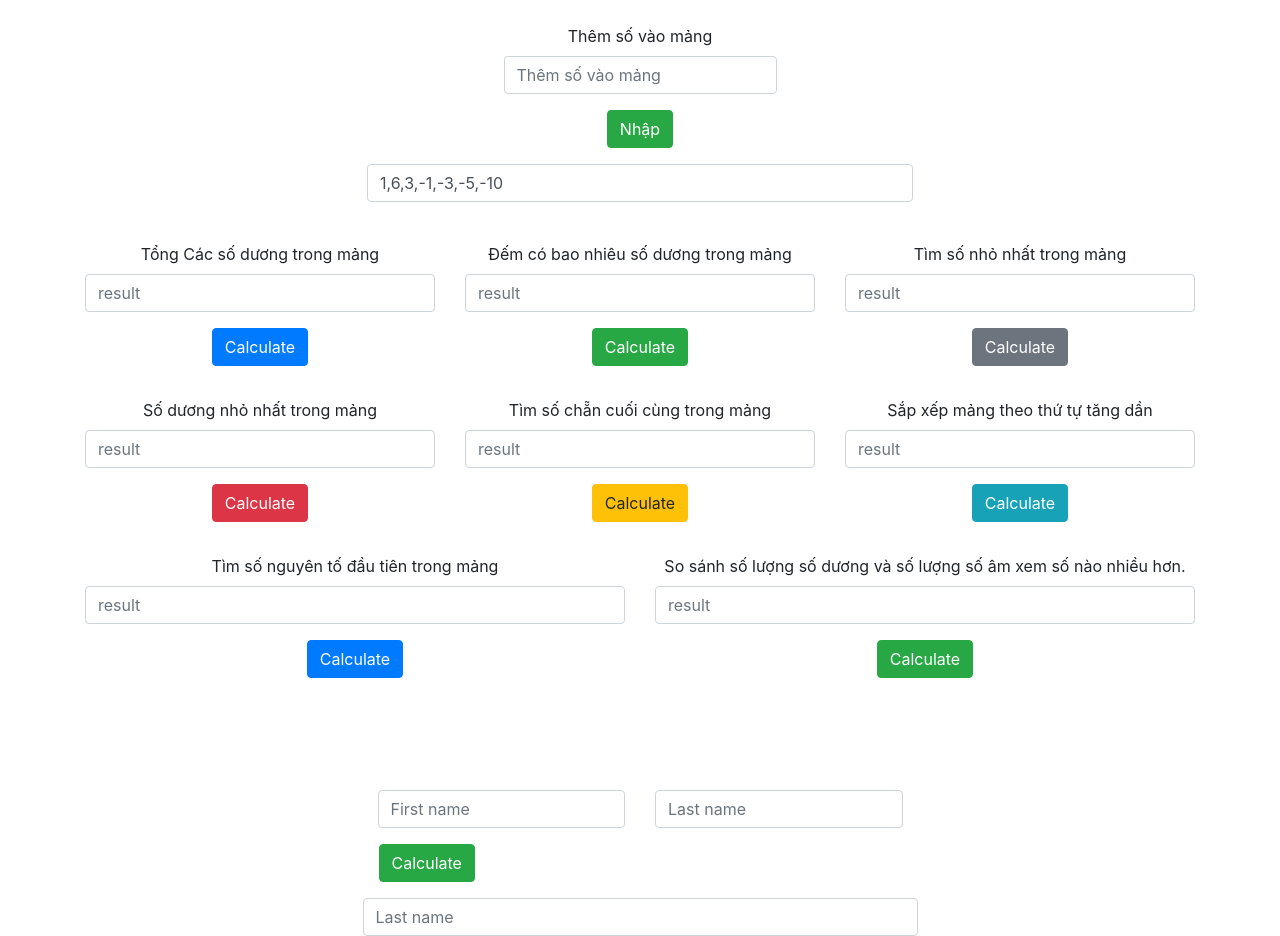
Repository: baobaodeveloper/bootcamp21__array__HuynhAnhBao
Page: index.html
An editor plug-in stored every save of this project. The page is shown before and after the next save, followed by the edit.
The browser window is 1280 px wide. The pictures show the whole page.

Above is the page before, as saved 2022-03-20 19:15:18.

### index.html
<!DOCTYPE html>
<html lang="en">
  <head>
    <title>JavaScript Array</title>
    <!-- Required meta tags -->
    <meta charset="utf-8" />
    <meta
      name="viewport"
      content="width=device-width, initial-scale=1, shrink-to-fit=no"
    />

    <!-- Bootstrap CSS -->
    <link
      rel="stylesheet"
      href="https://stackpath.bootstrapcdn.com/bootstrap/4.3.1/css/bootstrap.min.css"
      integrity="sha384-ggOyR0iXCbMQv3Xipma34MD+dH/1fQ784/j6cY/iJTQUOhcWr7x9JvoRxT2MZw1T"
      crossorigin="anonymous"
    />
  </head>
  <body>
    <div class="container d-flex justify-content-center align-items-center p-4">
      <div
        class="mb-3 text-center w-50 d-flex flex-column justify-content-center align-items-center"
      >
        <label class="form-label">Thêm số vào mảng</label>
        <input
          type="number"
          class="form-control w-50"
          id="number"
          placeholder="Thêm số vào mảng"
          value=""
        />
        <button type="button" class="btn btn-success m-3" id="input">
          Nhập
        </button>
        <input
          type="text"
          class="form-control d-block w-100"
          id="array-current"
          placeholder="Mảng hiện tại"
        />
      </div>
    </div>

    <div class="container">
      <div class="row">
        <div class="col text-center">
          <label class="form-label">Tổng Các số dương trong mảng</label>
          <input
            type="text"
            class="form-control"
            placeholder="result"
            id="result1"
          />
          <button
            type="button"
            class="btn btn-primary m-3"
            id="calculate-total-positive"
          >
            Calculate
          </button>
        </div>
        <div class="col text-center">
          <label class="form-label">Đếm có bao nhiêu số dương trong mảng</label>
          <input
            type="text"
            class="form-control"
            placeholder="result"
            id="result2"
          />
          <button
            type="button"
            class="btn btn-success m-3"
            id="total-number-position"
          >
            Calculate
          </button>
        </div>
        <div class="col text-center">
          <label class="form-label">Tìm số nhỏ nhất trong mảng</label>
          <input
            type="text"
            class="form-control"
            placeholder="result"
            id="result3"
          />
          <button type="button" class="btn btn-secondary m-3" id="min-number">
            Calculate
          </button>
        </div>
      </div>
    </div>

    <div class="container pt-3">
      <div class="row">
        <div class="col text-center">
          <label class="form-label">Số dương nhỏ nhất trong mảng</label>
          <input
            type="text"
            class="form-control"
            placeholder="result"
            id="result4"
          />
          <button type="button" class="btn btn-danger m-3" id="min-positive">
            Calculate
          </button>
        </div>
        <div class="col text-center">
          <label class="form-label">Tìm số chẵn cuối cùng trong mảng</label>
          <input
            type="text"
            class="form-control"
            placeholder="result"
            id="result5"
          />
          <button type="button" class="btn btn-warning m-3" id="even-end">
            Calculate
          </button>
        </div>
        <div class="col text-center">
          <label class="form-label">Sắp xếp mảng theo thứ tự tăng dần</label>
          <input
            type="text"
            class="form-control"
            placeholder="result"
            id="result7"
          />
          <button type="button" class="btn btn-info m-3" id="increase">
            Calculate
          </button>
        </div>
      </div>
    </div>

    <div class="container pt-3">
      <div class="row">
        <div class="col text-center">
          <label class="form-label">Tìm số nguyên tố đầu tiên trong mảng</label>
          <input
            type="text"
            class="form-control"
            placeholder="result"
            id="result8"
          />
          <button
            type="button"
            class="btn btn-primary m-3"
            id="num-prime-first"
          >
            Calculate
          </button>
        </div>
        <div class="col text-center">
          <label class="form-label"
            >So sánh số lượng số dương và số lượng số âm xem số nào nhiều
            hơn.</label
          >
          <input
            type="text"
            class="form-control"
            placeholder="result"
            id="result10"
          />
          <button type="button" class="btn btn-success m-3" id="combine">
            Calculate
          </button>
        </div>
      </div>
    </div>

    <div class="container mt-5 pt-5">
      <div class="row w-50 m-auto">
        <div class="col">
          <input
            type="text"
            class="form-control"
            placeholder="First name"
            aria-label="First name"
          />
        </div>
        <div class="col">
          <input
            type="text"
            class="form-control"
            placeholder="Last name"
            aria-label="Last name"
          />
        </div>
      </div>
      <div class="w-50 m-auto">
        <button type="button" class="btn btn-success m-3" id="combine">
          Calculate
        </button>
        <input
          type="text"
          class="form-control"
          placeholder="Last name"
          aria-label="Last name"
        />
      </div>
    </div>
    <!-- Optional JavaScript -->
    <!-- jQuery first, then Popper.js, then Bootstrap JS -->
    <script
      src="https://code.jquery.com/jquery-3.3.1.slim.min.js"
      integrity="sha384-q8i/X+965DzO0rT7abK41JStQIAqVgRVzpbzo5smXKp4YfRvH+8abtTE1Pi6jizo"
      crossorigin="anonymous"
    ></script>
    <script
      src="https://cdnjs.cloudflare.com/ajax/libs/popper.js/1.14.7/umd/popper.min.js"
      integrity="sha384-UO2eT0CpHqdSJQ6hJty5KVphtPhzWj9WO1clHTMGa3JDZwrnQq4sF86dIHNDz0W1"
      crossorigin="anonymous"
    ></script>
    <script
      src="https://stackpath.bootstrapcdn.com/bootstrap/4.3.1/js/bootstrap.min.js"
      integrity="sha384-JjSmVgyd0p3pXB1rRibZUAYoIIy6OrQ6VrjIEaFf/nJGzIxFDsf4x0xIM+B07jRM"
      crossorigin="anonymous"
    ></script>
    <script src="app.js"></script>
  </body>
</html>

### app.js
// const number = document.getElementById("number");
// let arr = [];
// document.getElementById("input").addEventListener("click", () => {
//   const numberValue = number.value;
//   if (!numberValue) return;

//   arr.push(+numberValue);
//   number.value = "";
//   console.log(arr);
//   document.getElementById("array-current").value = arr.join("  ");
// });
let arr = [1, 6, 3, -1, -3, -5, -10];
document.getElementById("array-current").value = arr;
// 1. Tổng các số dương trong mảng.
document
  .getElementById("calculate-total-positive")
  .addEventListener("click", () => {
    const totalArrPositive = arr
      .filter((cur) => cur > 0)
      .reduce((cur, acc) => cur + acc, 0);
    document.getElementById("result1").value = totalArrPositive;
  });

// 2. Đếm có bao nhiêu số dương trong mảng.
document
  .getElementById("total-number-position")
  .addEventListener("click", () => {
    const totalArrPositive = arr.filter((cur) => cur > 0).length;
    document.getElementById("result2").value = totalArrPositive;
  });

//3. Tìm số nhỏ nhất trong mảng.
document.getElementById("min-number").addEventListener("click", () => {
  let minNumber = arr[0];
  arr.forEach((num) => {
    if (num < minNumber) minNumber = num;
  });
  document.getElementById("result3").value = minNumber;
});

// 4. Tìm số dương nhỏ nhất trong mảng.
document.getElementById("min-positive").addEventListener("click", () => {
  const positive = arr.filter((cur) => cur > 0).sort((a, b) => a - b);

  document.getElementById("result4").value = positive[0];
});

// 5. Tìm số chẵn cuối cùng trong mảng. Nếu mảng không có giá trị chẵn thì trả về -1.
document.getElementById("even-end").addEventListener("click", () => {
  const numEven = arr.filter((cur) => cur % 2 === 0);
  let numEvenEnd;
  if (numEven.length > 0) {
    numEvenEnd = numEven[numEven.length - 1];
  } else {
    numEvenEnd = -1;
  }
  document.getElementById("result5").value = numEvenEnd;
});

// 7. Sắp xếp mảng theo thứ tự tăng dần.
document.getElementById("increase").addEventListener("click", () => {
  const increaArr = arr.sort((a, b) => a - b);
  document.getElementById("result7").value = increaArr.join("  ");
});

// 8. Tìm số nguyên tố đầu tiên trong mảng. Nếu mảng không có số nguyên tố thì trả về – 1.

document.getElementById("num-prime-first").addEventListener("click", () => {
  const prime = arr.filter((cur) => cur > 1);

  let numPrimeFirst;
  for (let i = 0; i < prime.length; i++) {
    if (prime[i] === 2) {
      numPrimeFirst = prime[i];
      break;
    } else if (prime[i] % 2 !== 0) {
      for (let j = 2; j < prime[i]; j++) {
        if (prime[i] % j !== 0) {
          numPrimeFirst = prime[i];
          break;
        }
      }
      break;
    }
  }
  document.getElementById("result8").value = numPrimeFirst;
});

// 10. So sánh số lượng số dương và số lượng số âm xem số nào nhiều hơn.

document.getElementById("combine").addEventListener("click", () => {
  const positive = arr.filter((cur) => cur > 0);
  const negative = arr.filter((cur) => cur < 0);
  let combine = "";
  if (positive.length < negative.length) {
    combine = `Số lượng số âm là ${negative.length} lớn hơn số lượng số dương là    ${positive.length}`;
  } else if (positive.length > negative.length) {
    combine = `Số lượng số dương là ${positive.length} lớn hơn số lượng số âm là ${negative.length}`;
  } else {
    combine = `Số lượng số dương bằng số lượng số âm ${negative.length}`;
  }

  document.getElementById("result10").value = combine;
});

// 6. Đổi chỗ 2 giá trị trong mảng theo vị trí (Cho nhập vào 2 vị trí muốn đổi chỗ giá trị).

After the next save:
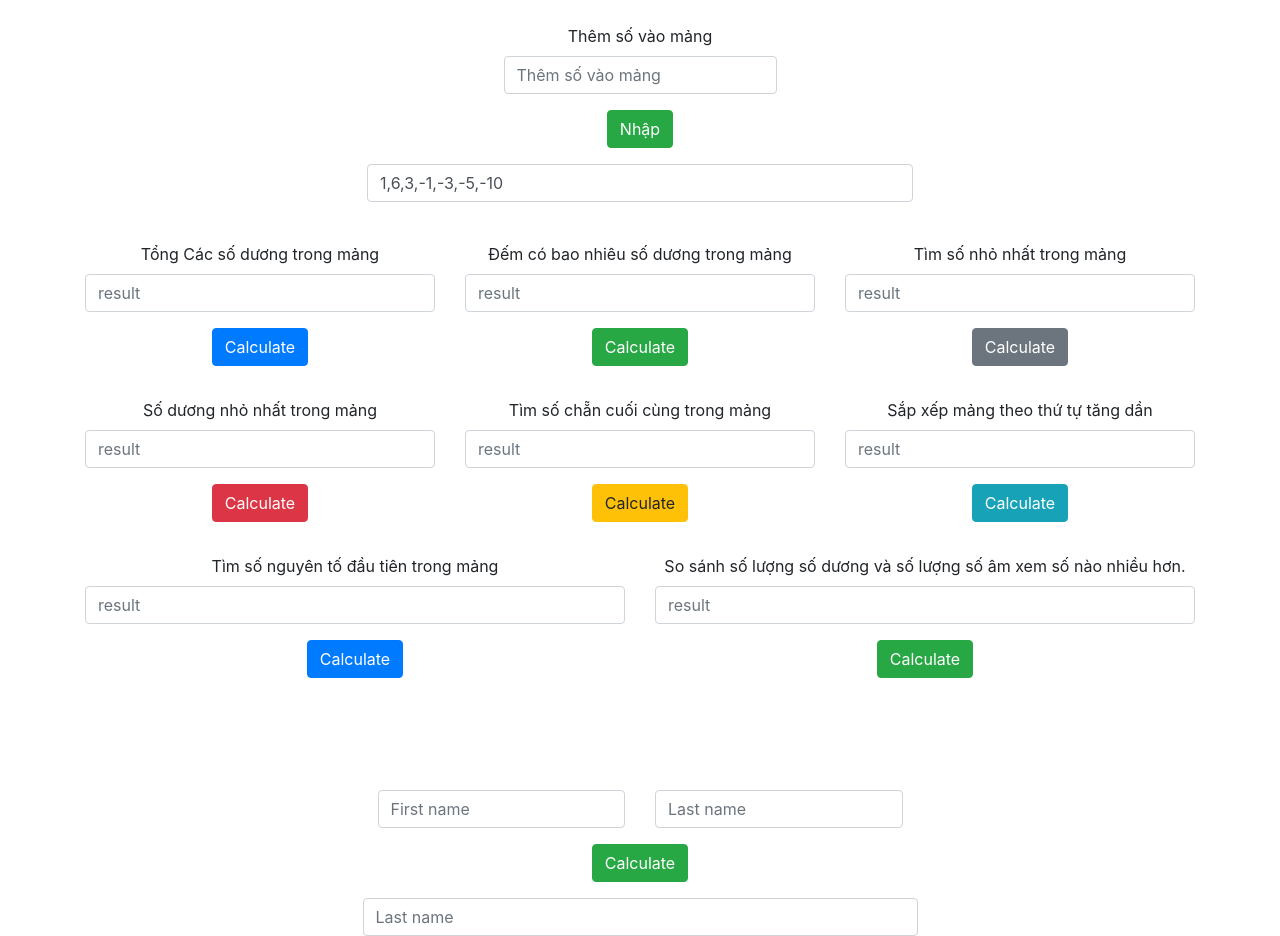
Saved 10 s later.
--- a/index.html
+++ b/index.html
@@ -187,7 +187,7 @@
           />
         </div>
       </div>
-      <div class="w-50 m-auto">
+      <div class="w-50 m-auto text-center">
         <button type="button" class="btn btn-success m-3" id="combine">
           Calculate
         </button>
